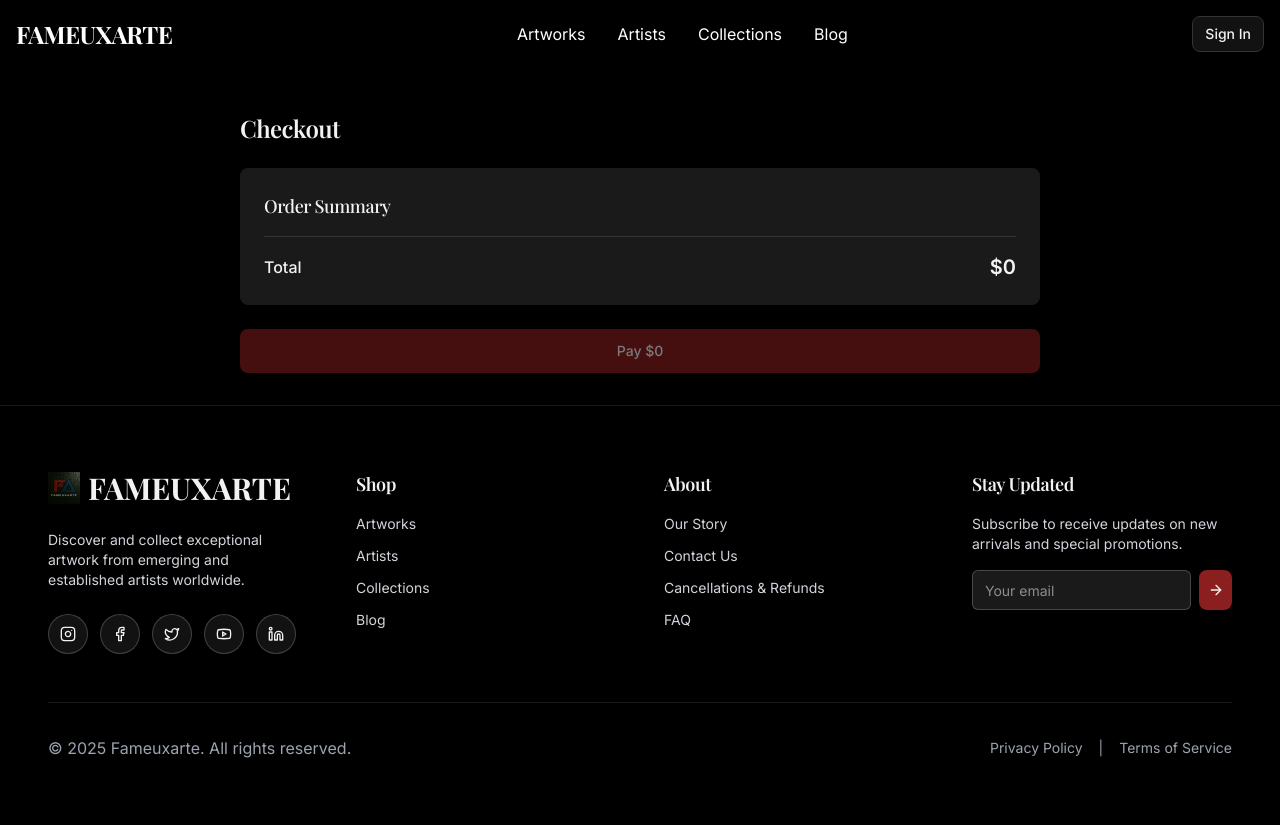
Repository: Arunkumar158/fameuxarte.com
Page: /checkout
An editor plug-in stored every save of this project. The page is shown before and after the next save, followed by the edit.
The browser window is 1280 px wide. The pictures show the whole page.
The page's requests for data from a server got no answer. Backgrounds fixed to the window are drawn as part of the page. The project was rebuilt for these pictures with package versions that can differ from the ones it lists, and the page was loaded fresh each time. No one was signed in, and anything a server would have sent is missing. Also part of the build but not shown: vite.config.ts, src/components/ui/tooltip.tsx, src/components/ui/dropdown-menu.tsx, src/components/shared/CurrencySelector.tsx, src/components/navigation/MobileMenu.tsx, src/components/home/HeroSection.tsx, src/components/home/AboutSection.tsx, src/components/ui/separator.tsx and 42 more.

Above is the page before, as saved 2025-07-09 18:10:57.

After the next save:
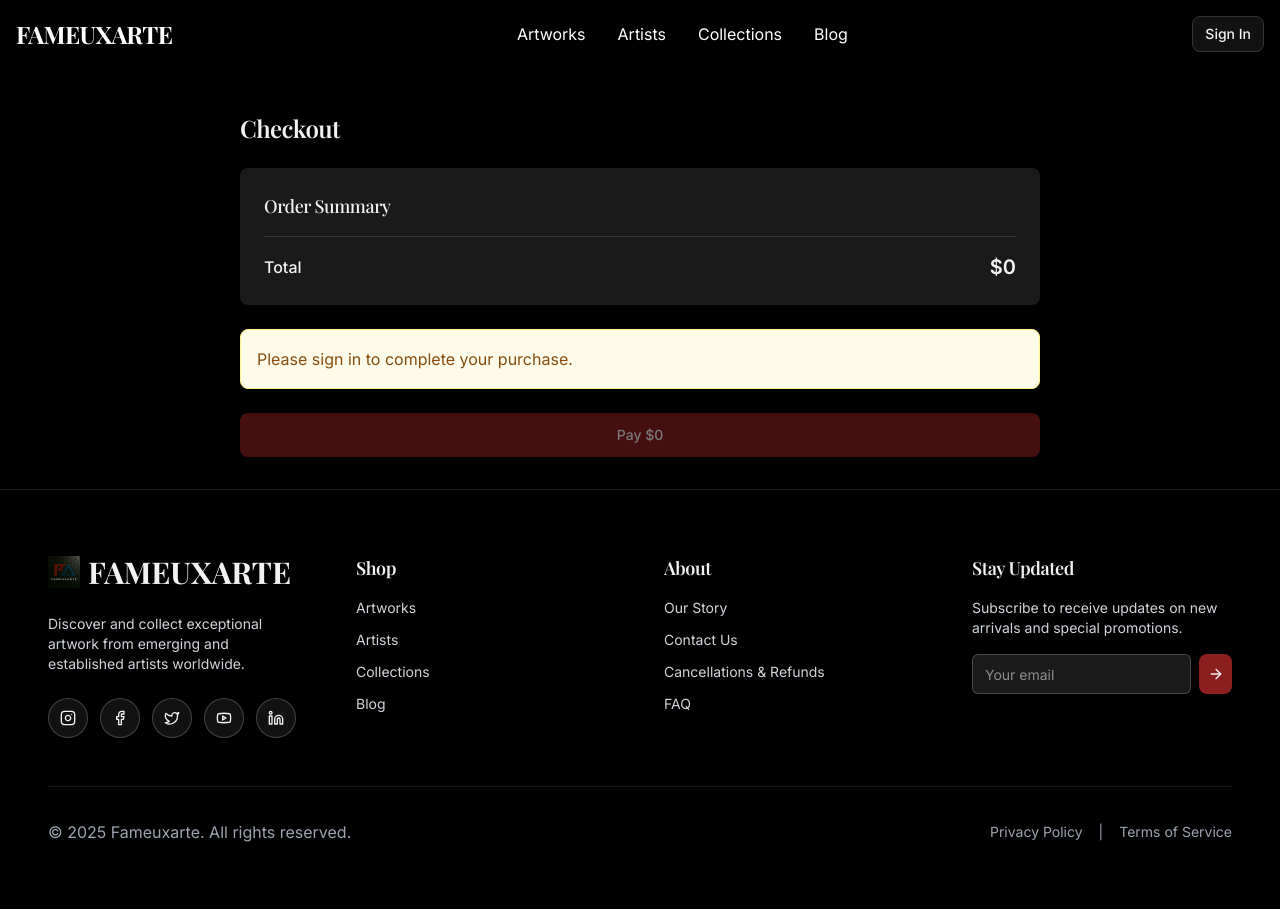
Saved 3 days later.
--- a/src/pages/Checkout.tsx
+++ b/src/pages/Checkout.tsx
@@ -5,6 +5,7 @@ import { Button } from "@/components/ui/button";
 import MainLayout from "@/components/layouts/MainLayout";
 import { supabase } from "@/integrations/supabase/client";
 import { useToast } from "@/hooks/use-toast";
+import { useAuth } from "@/contexts/AuthContext";
 
 declare global {
   interface Window {
@@ -14,6 +15,7 @@ declare global {
 
 const Checkout = () => {
   const { items, removeFromCart } = useCart();
+  const { user } = useAuth();
   const [isProcessing, setIsProcessing] = useState(false);
   const navigate = useNavigate();
   const { toast } = useToast();
@@ -23,12 +25,64 @@ const Checkout = () => {
     try {
       setIsProcessing(true);
 
-      // Create order on server
-      const { data: orderData, error: orderError } = await supabase.functions.invoke('create-order', {
-        body: { items, totalAmount: total }
+      if (!user) {
+        toast({
+          variant: "destructive",
+          title: "Authentication Required",
+          description: "Please sign in to complete your purchase.",
+        });
+        navigate('/auth');
+        return;
+      }
+
+      // Create order in database first
+      const { data: orderRecord, error: orderError } = await supabase
+        .from('orders')
+        .insert({
+          user_id: user.id,
+          total_amount: total,
+          status: 'pending',
+          billing_address: null, // Will be updated later
+          shipping_address: null, // Will be updated later
+        })
+        .select()
+        .single();
+
+      if (orderError) {
+        console.error('Error creating order record:', orderError);
+        throw new Error('Failed to create order');
+      }
+
+      // Create order items
+      const orderItems = items.map(item => ({
+        order_id: orderRecord.id,
+        artwork_id: item.artwork.id,
+        quantity: item.quantity,
+        price_at_purchase: item.artwork.price,
+      }));
+
+      const { error: itemsError } = await supabase
+        .from('order_items')
+        .insert(orderItems);
+
+      if (itemsError) {
+        console.error('Error creating order items:', itemsError);
+        throw new Error('Failed to create order items');
+      }
+
+      // Create Razorpay order
+      const { data: orderData, error: razorpayError } = await supabase.functions.invoke('create-order', {
+        body: {
+          items,
+          totalAmount: total,
+          orderId: orderRecord.id
+        }
       });
 
-      if (orderError) throw orderError;
+      if (razorpayError) {
+        console.error('Razorpay order creation error:', razorpayError);
+        throw razorpayError;
+      }
 
       // Load Razorpay script
       const script = document.createElement('script');
@@ -37,28 +91,32 @@ const Checkout = () => {
 
       script.onload = () => {
         const options = {
-          key: "rzp_test_i99VSCi7UUbsms",
+          key: import.meta.env.VITE_RAZORPAY_KEY_ID || "rzp_test_i99VSCi7UUbsms", // Fallback to test key
           amount: orderData.amount,
           currency: orderData.currency,
           order_id: orderData.id,
-          name: 'Gallery Canvas',
+          name: 'Fameuxarte Gallery',
           description: 'Art Purchase',
           handler: async (response: any) => {
             try {
+              console.log('Payment response:', response);
+
               // Verify payment
               const { error: verifyError } = await supabase.functions.invoke('verify-payment', {
                 body: {
                   razorpay_order_id: response.razorpay_order_id,
                   razorpay_payment_id: response.razorpay_payment_id,
                   razorpay_signature: response.razorpay_signature,
+                  orderId: orderRecord.id, // Pass our order ID
                 }
               });
 
               if (verifyError) {
+                console.error('Payment verification error:', verifyError);
                 toast({
                   variant: "destructive",
-                  title: "Payment Failed",
-                  description: "Unable to verify your payment. Please try again.",
+                  title: "Payment Verification Failed",
+                  description: "Unable to verify your payment. Please contact support.",
                 });
                 navigate('/payment-failed');
                 return;
@@ -70,7 +128,7 @@ const Checkout = () => {
               }
 
               toast({
-                title: "Payment Successful",
+                title: "Payment Successful!",
                 description: "Your order has been placed successfully!",
               });
               navigate('/order-success');
@@ -86,17 +144,19 @@ const Checkout = () => {
           },
           modal: {
             ondismiss: function() {
+              console.log('Payment cancelled by user');
               toast({
                 variant: "destructive",
                 title: "Payment Cancelled",
-                description: "You cancelled the payment process.",
-              });
-              navigate('/payment-failed');
+                description: "You cancelled the payment process. Your cart items are still available.",
+              });
+              // Don't navigate to payment-failed for cancellation
+              // User can try again from checkout
             }
           },
           prefill: {
-            name: 'John Doe',
-            email: 'john@example.com',
+            name: user?.user_metadata?.full_name || '',
+            email: user?.email || '',
           },
           theme: {
             color: '#6366f1',
@@ -109,12 +169,16 @@ const Checkout = () => {
         rzp.open();
       };
 
+      script.onerror = () => {
+        throw new Error('Failed to load Razorpay script');
+      };
+
     } catch (error) {
       console.error('Checkout error:', error);
       toast({
         variant: "destructive",
-        title: "Checkout failed",
-        description: "Unable to process your payment. Please try again.",
+        title: "Checkout Failed",
+        description: error instanceof Error ? error.message : "Unable to process your payment. Please try again.",
       });
       navigate('/payment-failed');
     } finally {
@@ -147,11 +211,19 @@ const Checkout = () => {
             </div>
           </div>
 
+          {!user && (
+            <div className="bg-yellow-50 border border-yellow-200 rounded-lg p-4">
+              <p className="text-yellow-800">
+                Please sign in to complete your purchase.
+              </p>
+            </div>
+          )}
+
           <Button
             className="w-full"
             size="lg"
             onClick={handlePayment}
-            disabled={isProcessing || items.length === 0}
+            disabled={isProcessing || items.length === 0 || !user}
           >
             {isProcessing ? "Processing..." : `Pay $${total.toLocaleString()}`}
           </Button>
